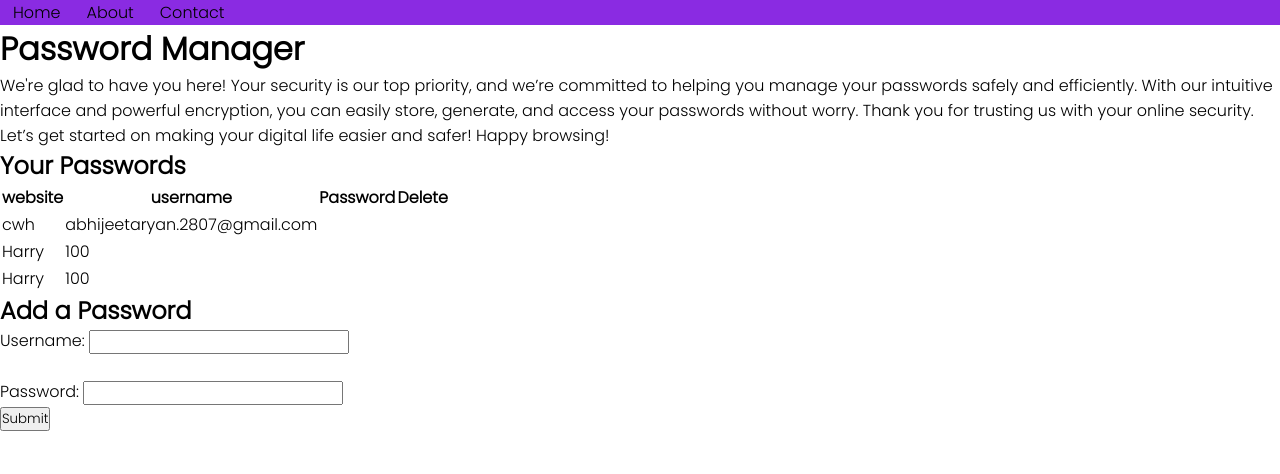
Repository: Abhi2807ar/PASSWORD-MANAGER
Page: index.html
The author's editor kept a copy of each file at every save. The page is drawn from the files as they stood at one save, then again after the next save.
The browser window is 1280 px wide. The pictures show the whole page.

Above is the page before, as saved 2024-10-14 14:47:31.

### index.html
<!DOCTYPE html>
<html lang="en">
<head>
    <meta charset="UTF-8">
    <meta name="viewport" content="width=device-width, initial-scale=1.0">
    <title>Documentx</title>
    <style>
@import url('https://fonts.googleapis.com/css2?family=Poppins:wght@200;300&display=swap');
*{
    margin:0;
    padding:0;
    font-family: "Poppins", sans-serif;;
 }
 nav{ background-color: blueviolet;
 }
 ul{
    display:flex;

 }
 ul li{
    list-style:none;
margin:0 13px;
 }
 table tr{
    border:2px solid black

 }
td{

}
</style>

</head>

<body>
    <nav>
        <ul>
            <li>Home</li>
            <li>About</li>
            <li>Contact</li>

        </ul>

    </nav>
    <div class="'container">
        <h1>Password Manager</h1>
        <p> We're glad to have you here! Your security is our top priority,
             and we’re committed to helping you manage your passwords safely and efficiently.
              With our intuitive interface and powerful encryption, you can easily store, generate, and access your passwords without worry.
Thank you for trusting us with your online security. Let’s get started on making your digital life easier and safer!
Happy browsing!
        </p>
        <h2>Your Passwords</h2>
        <table>
            <tr>
              <th>website</th>
              <th>username</th>
              <th>Password</th>
              <th>Delete</th>
            </tr>
            <tr>
              <td>cwh</td>
              <td>abhijeetaryan.2807@gmail.com</td>
            </tr>
            <tr>
                <td>Harry</td>
                <td>100</td>
              </tr>
              <tr>
                <td>Harry</td>
                <td>100</td>
              </tr>
          </table>
        <h2>Add a Password</h2>
        <form action="/submit" method="post">
            <!-- Text input for username -->
            <label for="username">Username:</label>
            <input type="text" id="username" name="username" required>
            <br><br>

            <!-- Password input -->
            <label for="password">Password:</label>
            <input type="password" id="password" name="password" required>
            <br>

            <!-- Submit button -->
           <input type="submit" value="Submit">
                </form>
    </div>


</body>
</html>

After the next save:
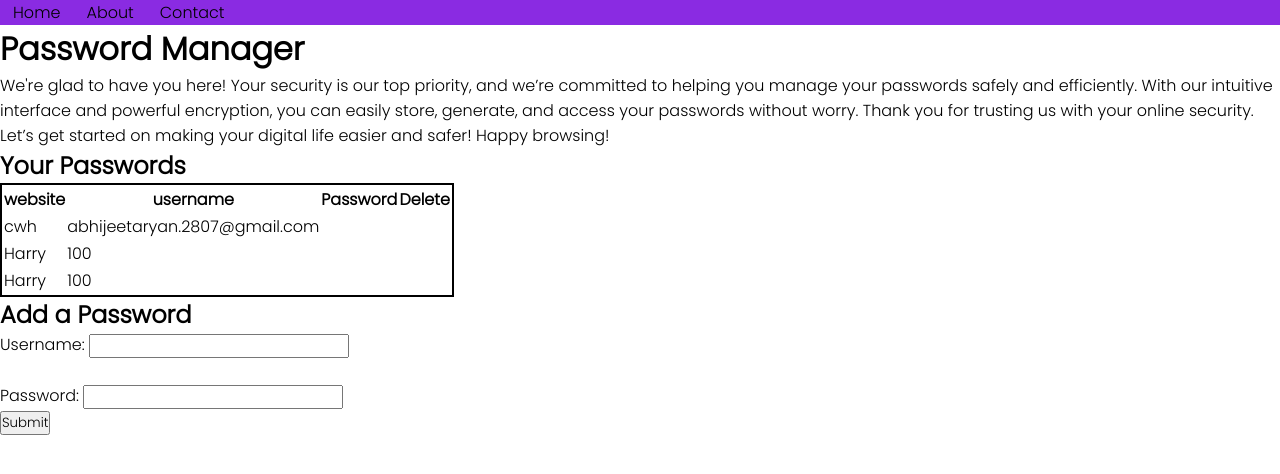
Saved 113 s later.
--- a/index.html
+++ b/index.html
@@ -21,7 +21,7 @@
     list-style:none;
 margin:0 13px;
  }
- table tr{
+ table {
     border:2px solid black
 
  }
